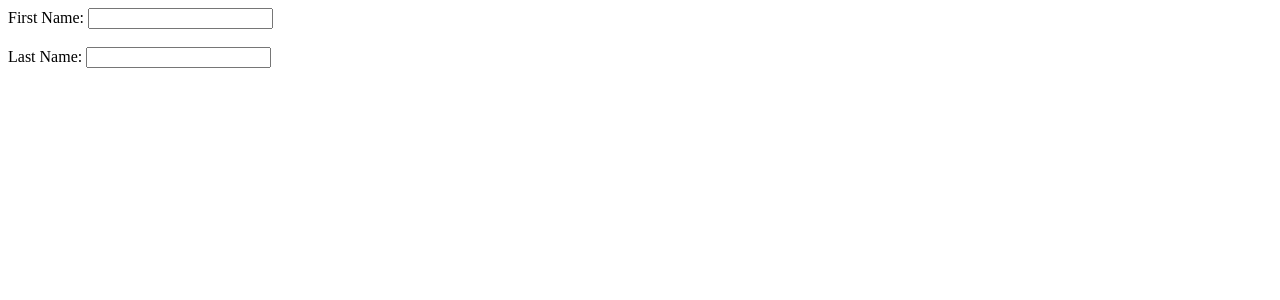
Repository: Vijay-Ky/JavaFSD-DSU
Page: projects/A_Simple_Database_Application_JDBC_JSP_Servlets/JSPReadingData/WebContent/student-checkbox-form.html
An editor plug-in stored every save of this project. The page is shown before and after the next save, followed by the edit.
The browser window is 1280 px wide. The pictures show the whole page.

Above is the page before, as saved 2021-06-08 12:41:03.

After the next save:
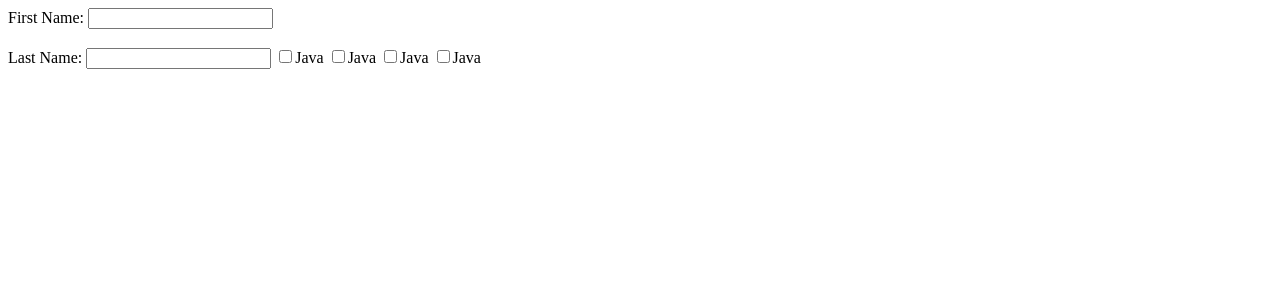
Saved 85 s later.
--- a/projects/A_Simple_Database_Application_JDBC_JSP_Servlets/JSPReadingData/WebContent/student-checkbox-form.html
+++ b/projects/A_Simple_Database_Application_JDBC_JSP_Servlets/JSPReadingData/WebContent/student-checkbox-form.html
@@ -9,6 +9,14 @@
 			<br/>
 			Last Name: <input type="text" name="lastname"/>
 
+			<input type="checkbox" name="favoriteLanguage" value="java">Java
+
+			<input type="checkbox" name="favoriteLanguage" value="C#">Java
+
+			<input type="checkbox" name="favoriteLanguage" value="python">Java
+
+			<input type="checkbox" name="favoriteLanguage" value="sql">Java
+
 		</form>
 	</body>
 
